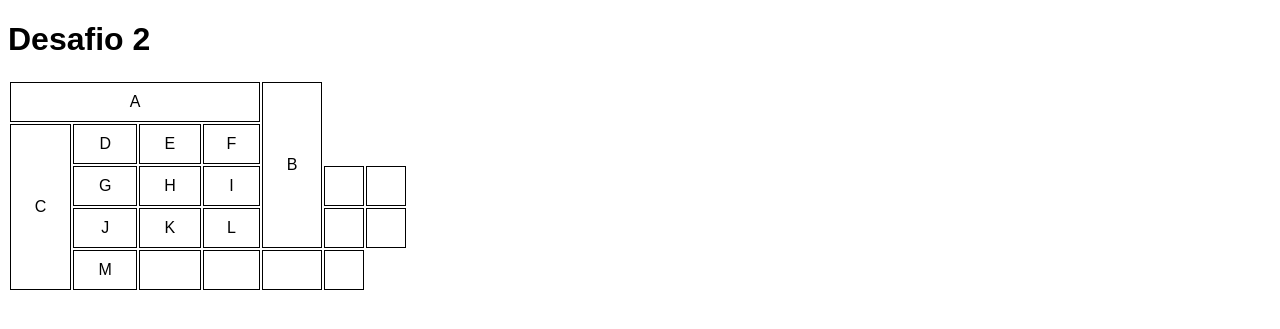
Repository: railsondev/html-css
Page: Módulo3/Desafio/D03 - tabela 1/tabela1.html
These files come from the project's save history. The page is drawn as it stood at one moment and after the next save; the edit follows.
The browser window is 1280 px wide. The pictures show the whole page.

Above is the page before, as saved 2024-10-19 22:22:11.

After the next save:
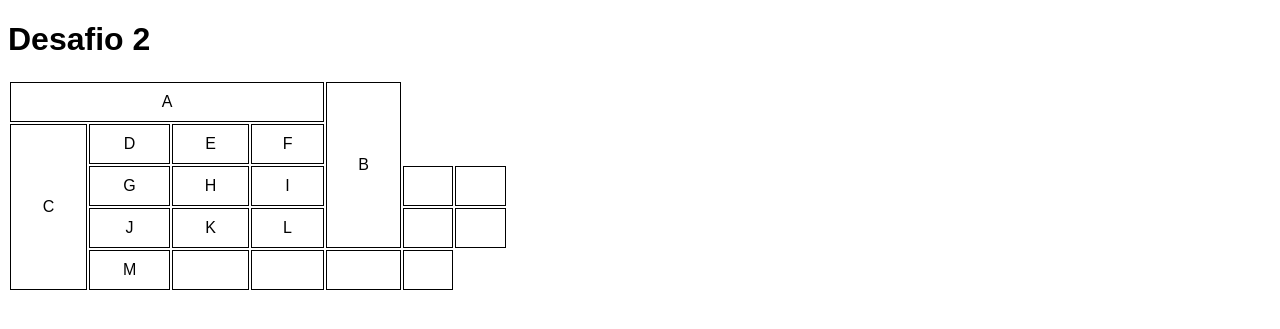
Saved 11 s later.
--- a/Módulo3/Desafio/D03 - tabela 1/style.css
+++ b/Módulo3/Desafio/D03 - tabela 1/style.css
@@ -5,7 +5,7 @@ body {
 }
 
 table {
-  width: 400px;
+  width: 500px;
   border-collapse: separate;
 }
 
